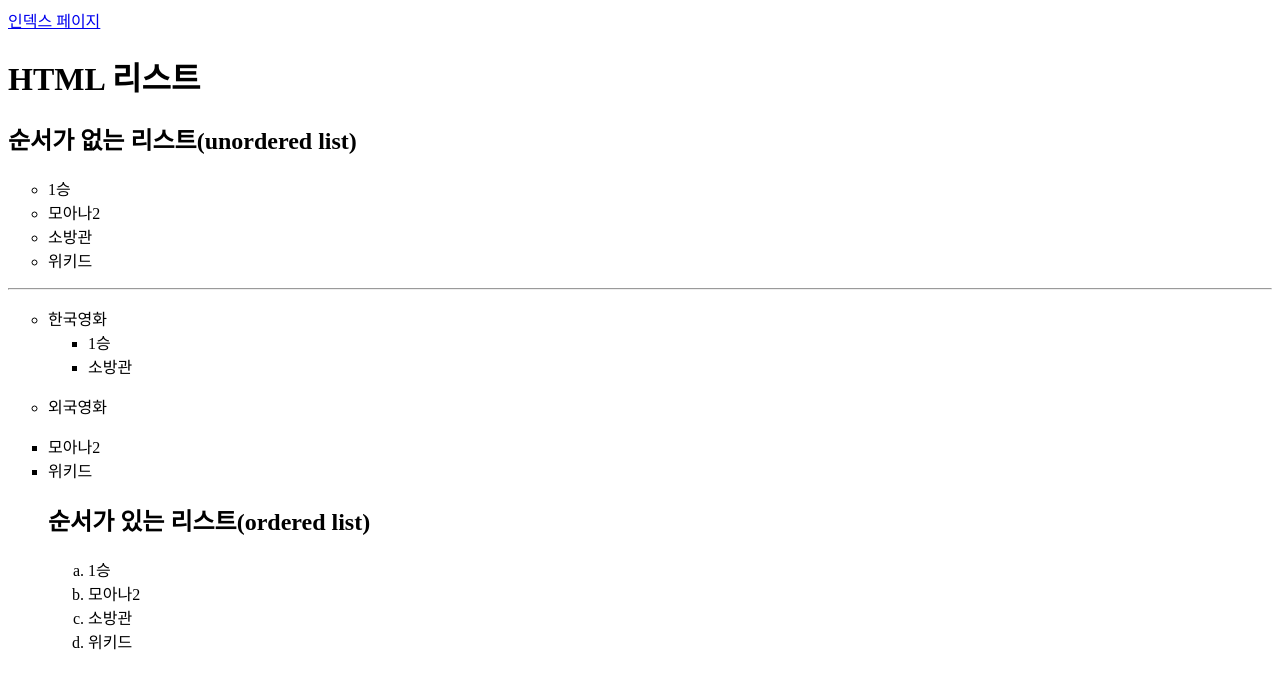
Repository: Sid0130/HTML
Page: lab-web/lab01_html/src/main/webapp/list.html
An editor plug-in stored every save of this project. The page is shown before and after the next save, followed by the edit.
The browser window is 1280 px wide. The pictures show the whole page.

Above is the page before, as saved 2024-12-03 06:27:13.

### lab-web/lab01_html/src/main/webapp/list.html
<!DOCTYPE html>
<html>
	<head>
		<meta charset="UTF-8">
		<title>Lab01</title>
	</head>
	<body>
		<a href="index.html">인덱스 페이지</a>

        <h1>HTML 리스트</h1>

        <h2>순서가 없는 리스트(unordered list)</h2>
        <ul style="list-style: circle;">
            <!-- ul 태그의 style 속성 중에서 list-style의 기본값은 disc.
             list-style 특성 값을 none을 설정하면 bullet 이미지가 사라짐.-->



            <!-- 리스트 아이템(list item) -->
            <li>1승</li>
            <li>모아나2</li>
            <li>소방관</li>
            <li>위키드</li>
        </ul>

            <hr>
            <ul style="list-style: circle;">
                <li>
                    한국영화
                </li>
                    <ul style="list-style: square;">
                        <li>1승</li>
                        <li>소방관</li>
                    </ul>
            </ul>

            <ul style="list-style: circle;">
                <li>
                    외국영화
                </li>
            </ul>
            <ul style="list-style: square;">
                <li>모아나2</li>
                <li>위키드</li>

            <h2>순서가 있는 리스트(ordered list)</h2>

            <ol style="list-style: lower-alpha;">
                <!--  ol 태크의 style 속성 중에서 list-style의 기본값은 decimal(숫자) -->
                <li>1승</li>
                <li>모아나2</li>
                <li>소방관</li>
                <li>위키드</li>
            </ol>
	</body>
</html>

After the next save:
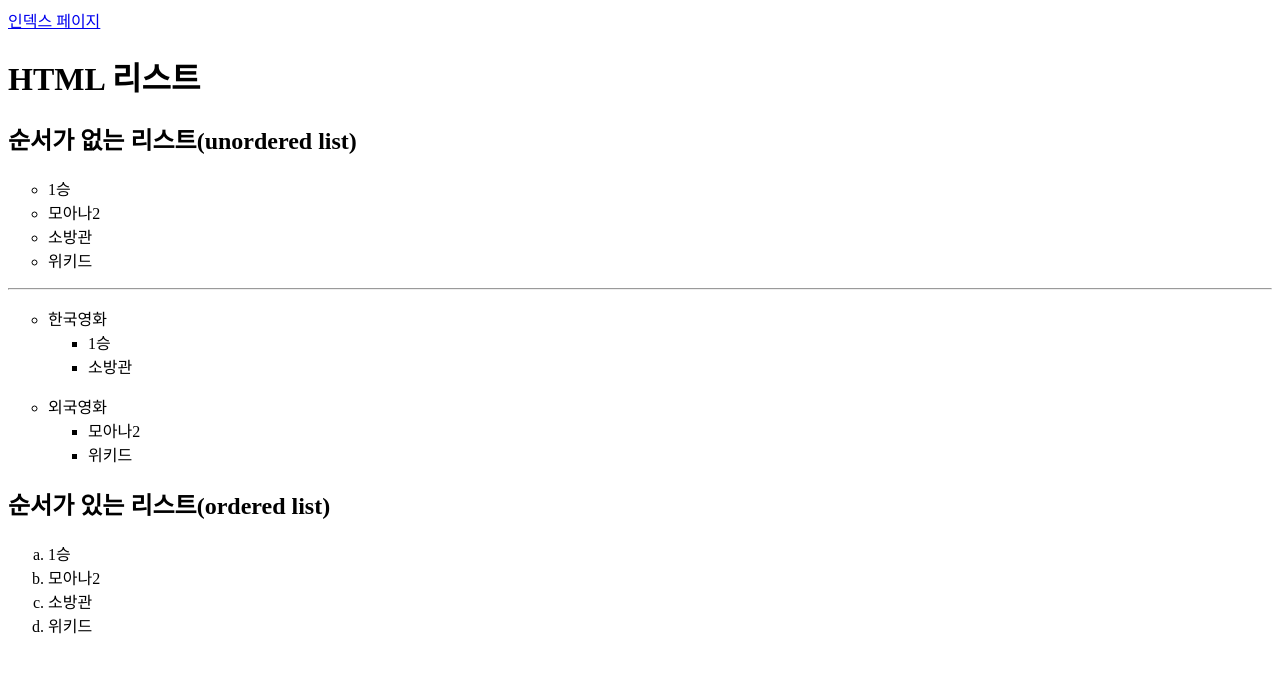
Saved 44 s later.
--- a/lab-web/lab01_html/src/main/webapp/list.html
+++ b/lab-web/lab01_html/src/main/webapp/list.html
@@ -38,10 +38,12 @@
                 <li>
                     외국영화
                 </li>
+                <ul style="list-style: square;">
+                    <li>모아나2</li>
+                    <li>위키드</li>
+                </ul>
             </ul>
-            <ul style="list-style: square;">
-                <li>모아나2</li>
-                <li>위키드</li>
+
 
             <h2>순서가 있는 리스트(ordered list)</h2>
 
